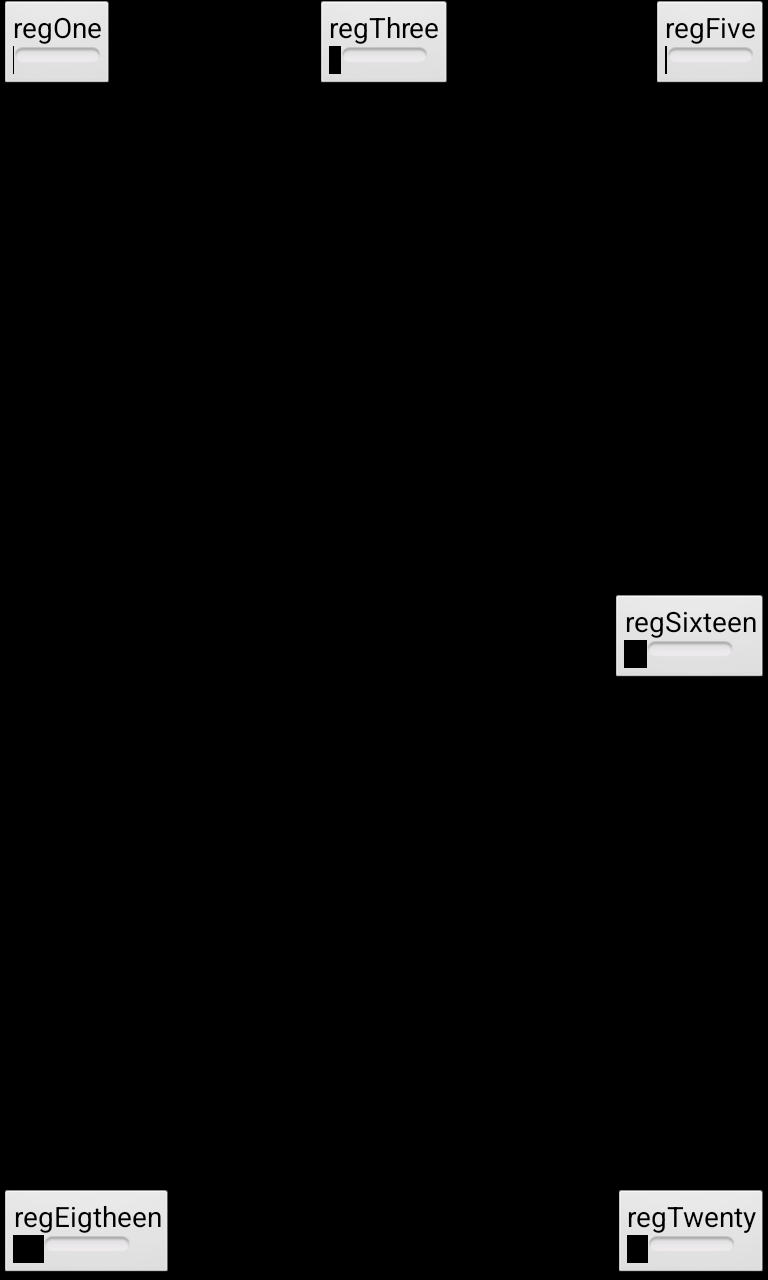
Repository: moki80/OpenComm
Layout: SoundSpatialization/workspace/OpenCommKakapo/res/layout/demomulti.xml
An editor plug-in stored every save of this project. The layout is shown before and after the next save, followed by the edit.
It is drawn on a 768 x 1280 px phone screen (xhdpi) without system bars, with theme android:Theme; the app's code is not run.

Above is the layout before, as saved 2010-11-02 23:43:04.

### SoundSpatialization/workspace/OpenCommKakapo/res/layout/demomulti.xml
<?xml version="1.0" encoding="utf-8"?>
	<RelativeLayout xmlns:android="http://schemas.android.com/apk/res/android"
	    android:orientation="horizontal"
	    android:layout_width="fill_parent"
	    android:layout_height="fill_parent"
	    >
		<ToggleButton
			android:id="@+id/one"
		    android:layout_width="wrap_content"
		    android:layout_height="wrap_content"
		    android:layout_alignParentTop="true"
		    android:layout_alignParentLeft="true"
		    android:textOn="regOne"
			android:textOff="regOne"
	    />
	    <ToggleButton
			android:id="@+id/three"
		    android:layout_width="wrap_content"
		    android:layout_height="wrap_content"
		    android:layout_alignParentTop="true"
		    android:layout_centerHorizontal="true"
		    android:textOn="regThree"
			android:textOff="regThree"
	    />
	    <ToggleButton
			android:id="@+id/five"
		    android:layout_width="wrap_content"
		    android:layout_height="wrap_content"
		    android:layout_alignParentTop="true"
		    android:layout_alignParentRight="true"
		    android:textOn="regFive"
		    android:textOff="regFive"
	    />
	    <ToggleButton
			android:id="@+id/sixteen"
		    android:layout_width="wrap_content"
		    android:layout_height="wrap_content"
		    android:layout_centerVertical="true"
		    android:layout_alignParentRight="true"
		    android:textOn="regSixteen"
			android:textOff="regSixteen"
	    />
	    <ToggleButton
			android:id="@+id/eighteen"
		    android:layout_width="wrap_content"
		    android:layout_height="wrap_content"
		    android:layout_alignParentBottom="true"
		    android:layout_alignParentLeft="true"
		    android:textOn="regEighteen"
			android:textOff="regEigtheen"
	    />
	    <ToggleButton
			android:id="@+id/twenty"
		    android:layout_width="wrap_content"
		    android:layout_height="wrap_content"
		    android:layout_alignParentBottom="true"
		    android:layout_alignParentRight="true"
		    android:textOn="regTwenty"
			android:textOff="regTwenty"
	    />
	</RelativeLayout>

After the next save:
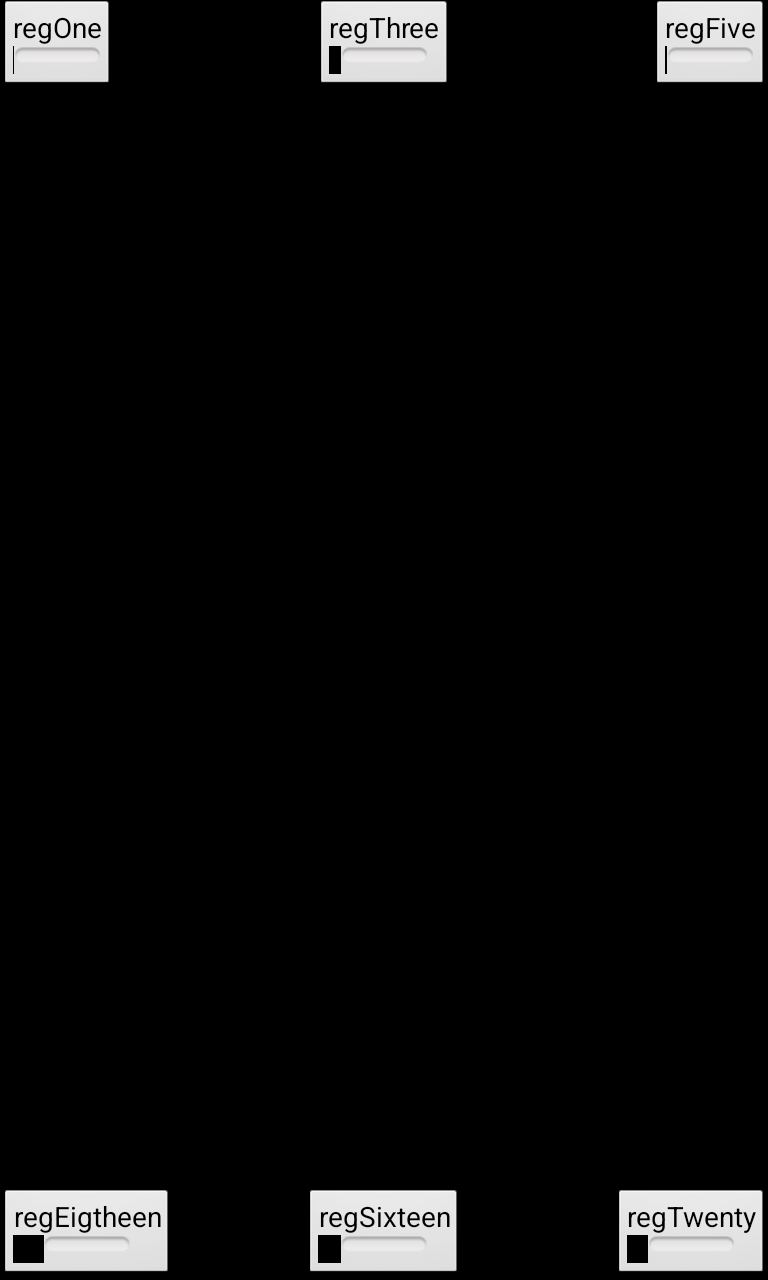
Saved 8 min 42 s later.
--- a/SoundSpatialization/workspace/OpenCommKakapo/res/layout/demomulti.xml
+++ b/SoundSpatialization/workspace/OpenCommKakapo/res/layout/demomulti.xml
@@ -35,8 +35,8 @@
 			android:id="@+id/sixteen"
 		    android:layout_width="wrap_content"
 		    android:layout_height="wrap_content"
-		    android:layout_centerVertical="true"
-		    android:layout_alignParentRight="true"
+		    android:layout_centerHorizontal="true"
+		    android:layout_alignParentBottom="true"
 		    android:textOn="regSixteen"
 			android:textOff="regSixteen"
 	    />
